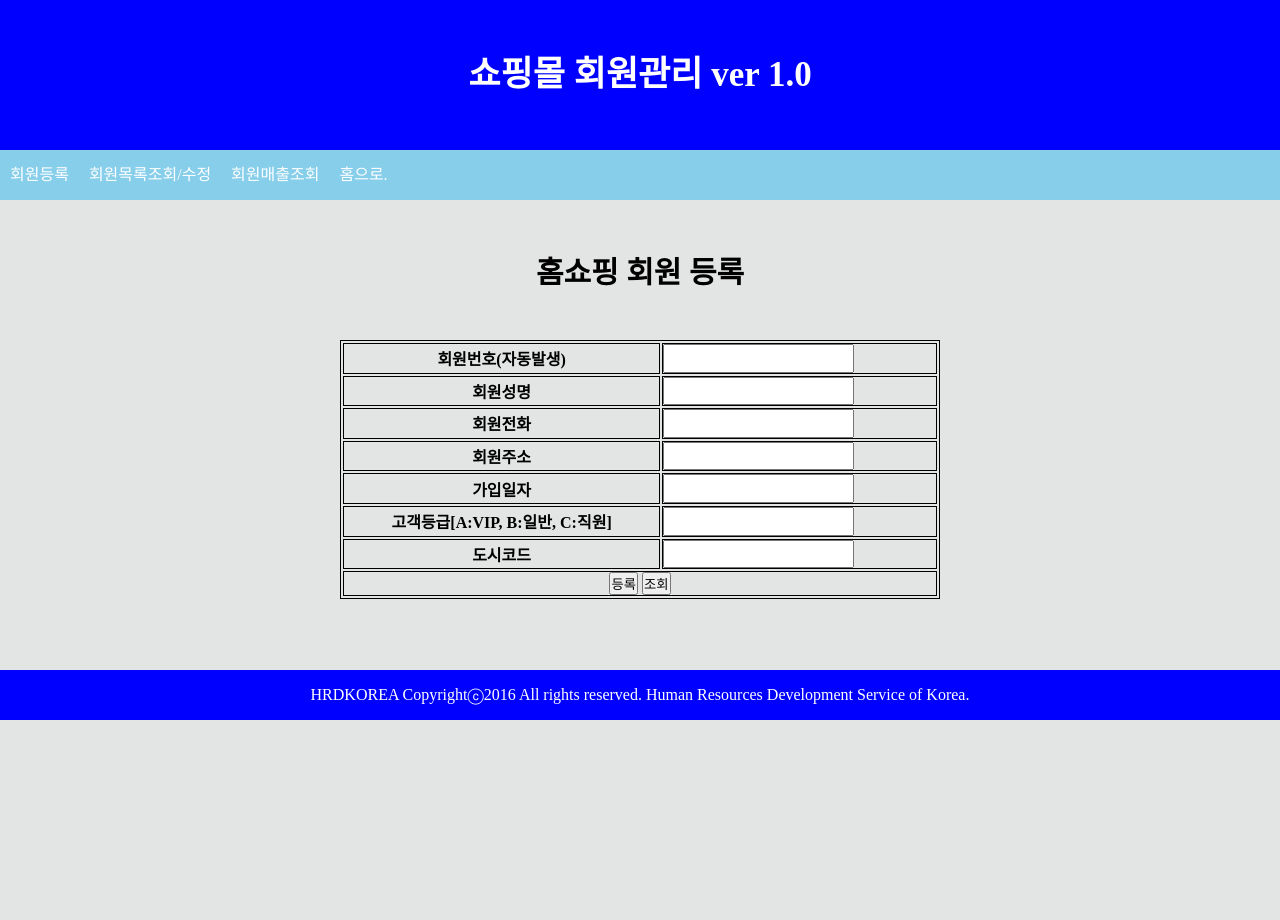
Repository: kayeunae/mvc-pattern
Page: http://localhost/HRD_1234/add.jsp
An editor plug-in stored every save of this project. The page is shown before and after the next save, followed by the edit.
The browser window is 1280 px wide. The pictures show the whole page.
The page is served by Tomcat 9. Other server files are loaded and not shown.

Above is the page before, as saved 2022-12-19 06:23:50.

### HRD_1234/src/main/webapp/add.jsp
<%@ page language="java" contentType="text/html; charset=UTF-8"
	pageEncoding="UTF-8"%>
<!DOCTYPE html>
<html>
<head>
<meta charset="UTF-8">
<title>Insert title here</title>
<link rel="stylesheet" href="style.css">
</head>
<body>
	<%@ include file="topmenu.jsp"%>
	<section>
		<div class="title">홈쇼핑 회원 등록</div>
		<form name="frm" action="insert">
			<input type="hidden" id="GUBUN" value="insert">
			<div class="wrapper">
				<table border="1">
				<tr>
					<th>회원번호(자동발생)</th>
					<td><input type="text" name="custno"></td>
				</tr>
				<tr>
					<th>회원성명</th>
					<td><input type="text"></td>
				</tr>
				<tr>
					<th>회원전화</th>
					<td><input type="text"></td>
				</tr>
				<tr>
					<th>회원주소</th>
					<td><input type="text"></td>
				</tr>
				<tr>
					<th>가입일자</th>
					<td><input type="text"></td>
				</tr>
				<tr>
					<th>고객등급[A:VIP, B:일반, C:직원]</th>
					<td><input type="text"></td>
				</tr>
				<tr>
					<th>도시코드</th>
					<td><input type="text"></td>
				</tr>
				<tr>
					<td colspan="2">
					<button class="btn" type="submit">등록</button>
					<button class="btn" type="button">조회</button>
					</td>
				</tr>
			</table>
			</div>
		</form>
	</section>
	<%@ include file="footer.jsp"%>

</body>
</html>

### HRD_1234/src/main/webapp/topmenu.jsp
<%@ page language="java" contentType="text/html; charset=UTF-8"
    pageEncoding="UTF-8"%>
<!DOCTYPE html>
<html>
<head>
<meta charset="UTF-8">
<title>Insert title here</title>
</head>
<body>
	<header>쇼핑몰 회원관리 ver 1.0</header>
	<nav>
		<ul>
			<li><a href="add">회원등록</a></li>
			<li><a href="add">회원목록조회/수정</a></li>
			<li><a href="add">회원매출조회</a></li>
			<li><a href="add">홈으로.</a></li>
		</ul>
	</nav>
</body>
</html>

### HRD_1234/src/main/webapp/footer.jsp
<%@ page language="java" contentType="text/html; charset=UTF-8"
    pageEncoding="UTF-8"%>
<!DOCTYPE html>
<html>
<head>
<meta charset="UTF-8">
<title>Insert title here</title>
</head>
<body>
	<footer>
		HRDKOREA Copyrightⓒ2016 All rights reserved. Human Resources Development Service of Korea.
	</footer>
</body>
</html>

### HRD_1234/src/main/webapp/style.css
@charset "UTF-8";

/*초기화 코드*/
* {
	margin: 0;
	padding: 0;
}

/* topmenu.jsp */
header{
	top: 0;
	height: 150px;
	line-height: 150px;
	width: 100%;
	background: blue;
	text-align: center;
	font-size: 35px;
	font-weight: 900;
	color: #fff;
}

nav ul{
	height: 50px;
	line-height: 50px;
	width: 100%;
	background: skyblue;
	overflow: hidden;
}

nav ul li {
	/* 수직 정렬 */
	float: left;
	list-style: none;
	/*양 옆에 10px 여백*/
	padding: 0 10px;
}

a{
	text-decoration: none;
	color: #fff;
}

/*
a:hover{
	cursor: pointer;
}
*/

/* index.jsp */
section{
	position: absolute;
	overflow: auto;
	width: 100%;
	height:100%;
	background: #e3e5e5;
}

/* add.jsp */
.title {
	font-size: 30px;
	font-weight: 900;
	text-align: center;
	margin: 3rem;
}

.wrapper {
	display: flex;
	/*아래 두 개는 전체 콘텐츠를 가운데 정렬하는 역할을 함*/
	justify-content: center;
	align-items: center;
	/* 여기까지 */
	text-align: center;
}

table{
	width: 600px;
}

table, tr, th, td {
	border: 1px solid black;
}

td input {
	float: left;
	padding: 0.3rem;
}

/* footer.jsp */
footer{
	position: fixed;
	bottom: 0;
	width: 100%;
	height: 50px;
	line-height: 50px;
	text-align: center;
	background: blue;
	color: white;
}

After the next save:
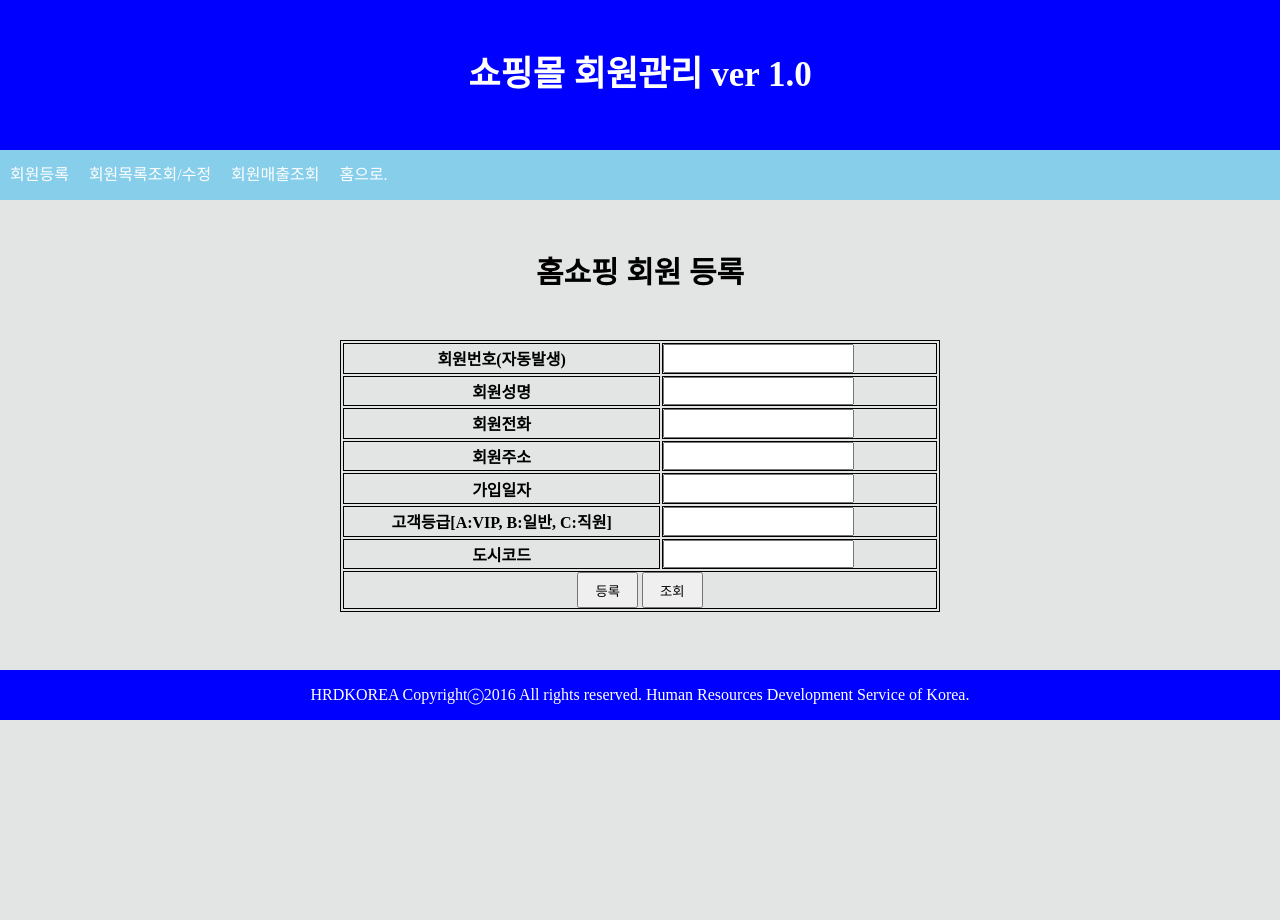
Saved 51 s later.
--- a/HRD_1234/src/main/webapp/style.css
+++ b/HRD_1234/src/main/webapp/style.css
@@ -85,6 +85,10 @@ td input {
 	padding: 0.3rem;
 }
 
+.btn {
+	padding: 0.4rem 1rem;
+}
+
 /* footer.jsp */
 footer{
 	position: fixed;
